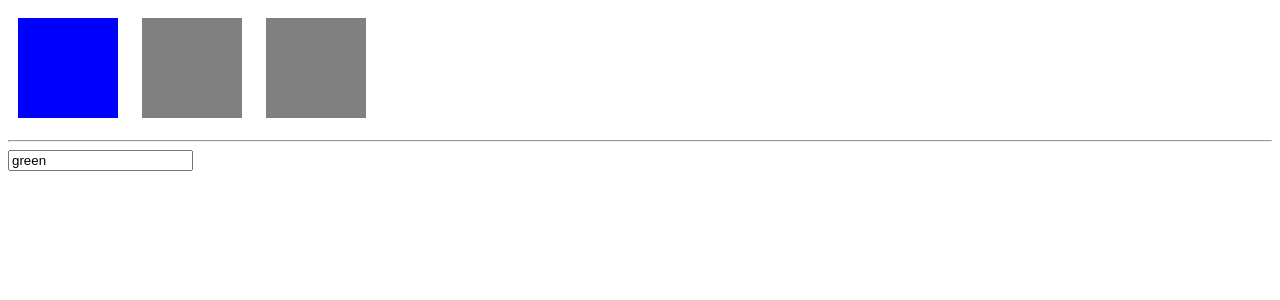
Repository: wojkos/Learn
Page: Vue/index6.html
These files come from the project's save history. The page is drawn as it stood at one moment and after the next save; the edit follows.
The browser window is 1280 px wide. The pictures show the whole page.

Above is the page before, as saved 2018-04-10 22:56:41.

After the next save:
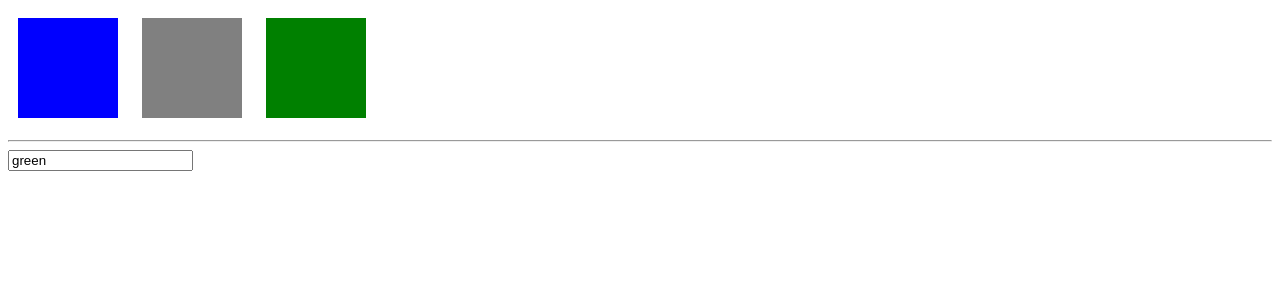
Saved 27 s later.
--- a/Vue/index6.html
+++ b/Vue/index6.html
@@ -33,7 +33,7 @@
     <div id="app">
         <div class="demo" @click="attachRed = !attachRed" :class="divClasses"></div>
         <div class="demo" :class="{red: attachRed}"></div>
-        <div class="demo"></div>
+        <div class="demo" :class="color"></div>
         <hr>
         <input type="text" v-model="color">
     </div>
